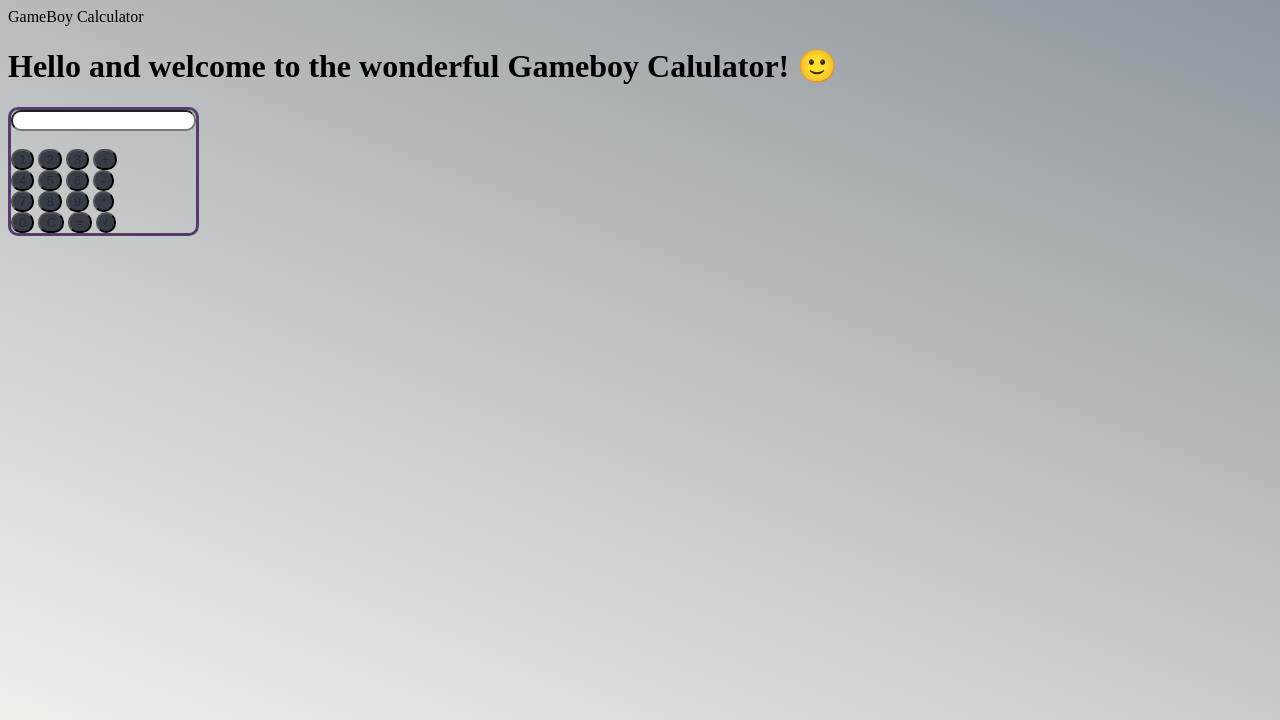
Repository: CrazyPaine/GameBoy-Calculator
Page: index.html
These files come from the project's save history. The page is drawn as it stood at one moment and after the next save; the edit follows.
The browser window is 1280 px wide. The pictures show the whole page.

Above is the page before, as saved 2024-02-02 15:33:25.

### index.html
<!DOCTYPE html>
<html lang="en">
<head>
    <meta charset="UTF-8">
    <meta name="viewport" content="width=device-width, initial-scale=1.0">
    <link rel="stylesheet" type="text/css" href="css/styles.css"
    <title>GameBoy Calculator</title>
</head>

<body>
    <h1 class = "Intro">Hello and welcome to the wonderful Gameboy Calulator! &#128578;</h1>

    <div class = 'calculator'>
        <input type="text"id="display" readonly>
       <br>
            <button onclick="appendToDisplay('1')" class = "button">1</button>
            <button onclick="appendToDisplay('2')" class = "button">2</button>
            <button onclick="appendToDisplay('3')" class = "button">3</button>
            <button onclick="appendToDisplay('+')" class = "button">+</button>
            <br>
            <button onclick="appendToDisplay('4')" class = "button">4</button>
            <button onclick="appendToDisplay('5')" class = "button">5</button>
            <button onclick="appendToDisplay('6')" class = "button">6</button>
            <button onclick="appendToDisplay('-')" class = "button">-</button>
            <br>
            <button onclick="appendToDisplay('7')" class = "button">7</button>
            <button onclick="appendToDisplay('8')" class = "button">8</button>
            <button onclick="appendToDisplay('9')" class = "button">9</button>
            <button onclick="appendToDisplay('*')" class = "button">*</button>
            <br>
            <button onclick="appendToDisplay('0')" class = "button">0</button>
            <button onclick="clearDisplay()" class = "button">C</button>
            <button onclick="calculateResult()" class = "button">=</button>
            <button onclick="appendToDisplay('/')" class = "button">/</button>

    </div>




</body>
</html>

### css/styles.css
/******************************************
/* CSS
/*******************************************/


/* Box Model Hack */
* {
    box-sizing: border-box;
}



/******************************************
/* LAYOUT
/*******************************************/
html {
    height: 100%;
}

title {
    text-align: left;
    font-size: 5px;
}

body {
    background: rgb(143, 151, 157);
        background: linear-gradient(201deg, rgba(143, 151, 157, 1) 0%, rgba(242, 240, 235, 1) 100%);
}

#display{
    border-radius: 10px;
    display: flex;
    align-items:center;
}

.calculator {
    border: 3px solid #533D6B;
    border-radius: 10px;
    width:fit-content;
}

.button {
    background-color: #373d47;
    border-radius: 10px;
    color: #2a2a38;
}


img {
    display: block;
    margin: 0 auto;
    width: 25%;
}


/******************************************
/* ADDITIONAL STYLES
/*******************************************/

After the next save:
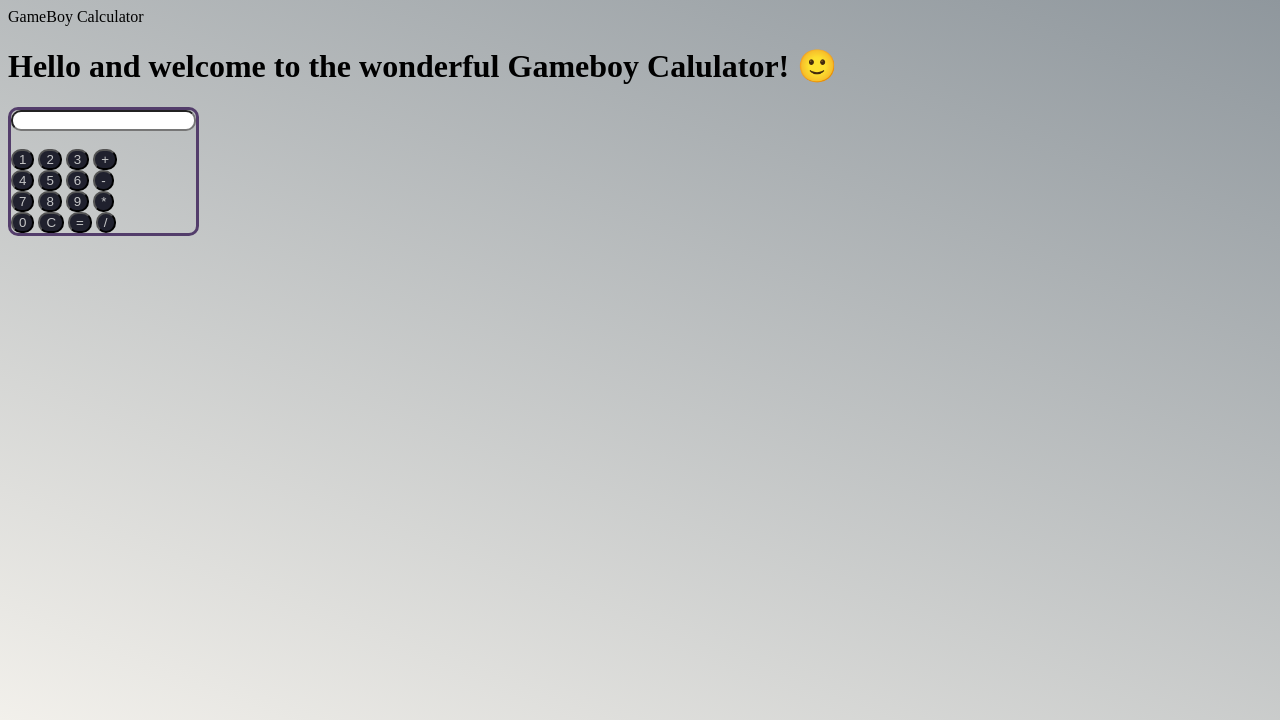
Saved 2 min 27 s later.
--- a/css/styles.css
+++ b/css/styles.css
@@ -40,9 +40,10 @@ body {
 }
 
 .button {
-    background-color: #373d47;
+    background-color: #20212e;
     border-radius: 10px;
-    color: #2a2a38;
+    color: #C5C6C7;
+
 }
 
 
